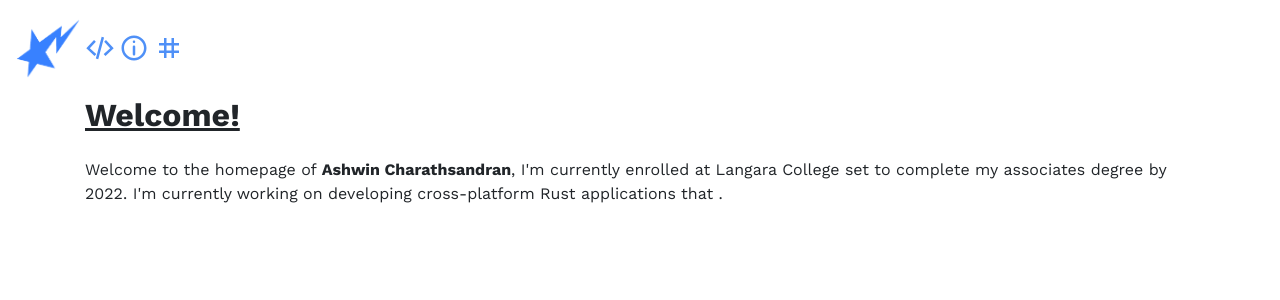
Repository: xxiz/ashwin.lol_flask
Page: http://localhost/
These files come from the project's save history. The page is drawn as it stood at one moment and after the next save; the edit follows.
The browser window is 1280 px wide. The pictures show the whole page.
The page is served by the project's application, run on Flask 3 (app.py).

Above is the page before, as saved 2021-08-31 17:04:10.

### templates/index.html
{% extends 'base.html'%}
{% block content %}
    <h1>Welcome!</h1>
    <p>Welcome to the homepage of <b>Ashwin Charathsandran</b>, I'm currently enrolled at Langara College set to complete my associates degree by 2022. I'm currently working on developing cross-platform Rust applications that . </p>
{% endblock %}

### templates/base.html
<!DOCTYPE html>
<html lang="en">
<head>
    <meta charset="UTF-8">
    <meta http-equiv="X-UA-Compatible" content="IE=edge">
    <meta name="viewport" content="width=device-width, initial-scale=1.0">
    <meta name="viewport" content="width=device-width, initial-scale=1">
    <link rel="stylesheet" href="https://stackpath.bootstrapcdn.com/bootstrap/4.1.3/css/bootstrap.min.css" integrity="sha384-MCw98/SFnGE8fJT3GXwEOngsV7Zt27NXFoaoApmYm81iuXoPkFOJwJ8ERdknLPMO" crossorigin="anonymous">
    <link href='https://css.gg/home-alt.css' rel='stylesheet'>
    <link rel="stylesheet" href="static/app.css">
    <title>{{ title }}</title>
</head>
<body>
  <header>
    <nav>
      <!-- <a href="/"><?xml version="1.0" encoding="UTF-8"?><svg fill="none" viewBox="0 0 24 24" xmlns="http://www.w3.org/2000/svg"><path d="m6 22.879c-1.6568 0-3-1.3432-3-3v-10c0-0.03389 0.00169-0.0674 0.00498-0.10043h-0.00498c0-0.57596 0.2288-1.1283 0.63607-1.5356l6.2426-6.2426c1.1715-1.1716 3.071-1.1716 4.2426 0l6.2426 6.2426c0.4073 0.40726 0.6361 0.95963 0.6361 1.5356h-5e-3c0.0033 0.03303 5e-3 0.06654 5e-3 0.10043v10c0 1.6568-1.3431 3-3 3h-12zm6.7071-19.464 6.2929 6.2929v10.172c0 0.5522-0.4477 1-1 1h-3v-5c0-1.6569-1.3431-3-3-3s-3 1.3431-3 3v5h-3c-0.55228 0-1-0.4478-1-1v-10.172l6.2929-6.293c0.3905-0.39052 1.0237-0.39052 1.4142 0z" clip-rule="evenodd" fill="currentColor" fill-rule="evenodd"/></svg></a> -->
      <a href="/"><img width="64" src="/static/logo.png" alt="A"></a>
      <a href="/projects"><?xml version="1.0" encoding="UTF-8"?><svg viewBox="0 0 24 24" xmlns="http://www.w3.org/2000/svg"><path d="m13.325 3.0501-4.6576 17.382 1.9319 0.5176 4.6575-17.382-1.9318-0.51764z" fill="currentColor"/><path d="m7.612 18.361 1.3594-1.4484-5e-4 -0.0191-5.0943-4.7812 4.7904-5.1041-1.4583-1.3687-6.1591 6.5624 6.5624 6.1591z" fill="currentColor"/><path d="m16.388 18.361-1.3594-1.4484 5e-4 -0.0191 5.0943-4.7812-4.7904-5.1041 1.4583-1.3687 6.1591 6.5624-6.5624 6.1591z" fill="currentColor"/></svg></a>
      <a href=""><?xml version="1.0" encoding="UTF-8"?><svg viewBox="0 0 24 24" xmlns="http://www.w3.org/2000/svg"><path d="m11 10.979c0-0.5523 0.4477-1 1-1s1 0.44773 1 1v6c0 0.5523-0.4477 1-1 1s-1-0.4477-1-1v-6z" fill="currentColor"/><path d="m12 6.0512c-0.5523 0-1 0.44771-1 1 0 0.55228 0.4477 1 1 1s1-0.44772 1-1c0-0.55229-0.4477-1-1-1z" fill="currentColor"/><path d="m12 2c-5.5228 0-10 4.4772-10 10 0 5.5228 4.4772 10 10 10 5.5228 0 10-4.4772 10-10 0-5.5228-4.4772-10-10-10zm-8 10c0 4.4183 3.5817 8 8 8 4.4183 0 8-3.5817 8-8 0-4.4183-3.5817-8-8-8-4.4183 0-8 3.5817-8 8z" clip-rule="evenodd" fill="currentColor" fill-rule="evenodd"/></svg></a>
      <a href=""><?xml version="1.0" encoding="UTF-8"?><svg fill="none" viewBox="0 0 24 24" xmlns="http://www.w3.org/2000/svg"><path d="m8 4v4h-4v2h4v4h-4v2h4v4h2v-4h4v4h2v-4h4v-2h-4v-4h4v-2h-4v-4h-2v4h-4v-4h-2zm6 10v-4h-4v4h4z" clip-rule="evenodd" fill="currentColor" fill-rule="evenodd"/></svg></a>
    </nav>
  </header>
  <main>
    <div class="container">
      {% block content %} {% endblock %}
  </div>
  </main>
    <script src="https://code.jquery.com/jquery-3.3.1.slim.min.js" integrity="sha384-q8i/X+965DzO0rT7abK41JStQIAqVgRVzpbzo5smXKp4YfRvH+8abtTE1Pi6jizo" crossorigin="anonymous"></script>
    <script src="https://cdnjs.cloudflare.com/ajax/libs/popper.js/1.14.3/umd/popper.min.js" integrity="sha384-ZMP7rVo3mIykV+2+9J3UJ46jBk0WLaUAdn689aCwoqbBJiSnjAK/l8WvCWPIPm49" crossorigin="anonymous"></script>
    <script src="https://stackpath.bootstrapcdn.com/bootstrap/4.1.3/js/bootstrap.min.js" integrity="sha384-ChfqqxuZUCnJSK3+MXmPNIyE6ZbWh2IMqE241rYiqJxyMiZ6OW/JmZQ5stwEULTy" crossorigin="anonymous"></script>
</body>
</html>

### app.py
from flask import Flask, request
from web.content import index_page, projects_page
web = Flask(__name__)
web.config['SQLALCHEMY_TRACK_MODIFICATIONS'] = False

@web.route('/')
def index():
    return index_page()

@web.route('/projects')
def projects():
    return projects_page()

### web/content.py
from flask import render_template
import json

# Page Content
prefix = "Ashwin Charathsandran — "

# Meta Tags
preview_message = ""
preview_title = ""
preview_image = ""

with open('web/projects.json', 'r') as file:
    projects = json.load(file)

def index_page():
    return render_template('index.html',
    title = prefix + "Welcome!",
    preview_title = preview_title,
    preview_image = preview_image,
    preview_message = preview_message)

def projects_page():
    return render_template('projects.html',
    title = prefix + "Projects",
    items = projects,
    preview_title = preview_title,
    preview_image = preview_image,
    preview_message = preview_message)

### web/projects.json
[
        {
            "title": "Vernon",
            "description": "Quality-focused reboot composite",
            "image_url": "http://placeimg.com/640/480"
        },
        {
            "title": "Nolan",
            "description": "Multi-layered firmware",
            "image_url": "http://placeimg.com/640/480"
        },
        {
            "title": "Reyes",
            "description": "array national",
            "image_url": "http://placeimg.com/640/480"
        }
]

### static/app.css
@import url('https://fonts.googleapis.com/css2?family=Work+Sans:wght@400;700&display=swap');

:root {
    --blue: #4f90f7;
    --red: #d93434;
}

h1 {
    font-family: 'Work Sans', sans-serif;
    font-weight: 700;
    padding-bottom: 0.5em; padding-top: 0.5em;
    text-decoration: underline;
    font-size: 32px;
}

p {
    font-family: 'Work Sans', sans-serif;
    font-weight: 400;
}

a {
    text-decoration: none;
    color: var(--blue);
}

a:hover {
    animation: hover-effect 1s infinite linear;
}

.card {
    margin-bottom: 1.5em;
}

.description {
    padding-bottom: 0.5em;
    font-size: 18px;
}
nav {
    padding: 1em;
    overflow: hidden;
    position: fixed;
    top: 0;
    width: 100%;
}

nav a svg {
    width: 30px;
}

.navbar-logo {
    margin-right: 50px;
    width: 60px;
}

.nav-item {
    font-weight: 700;
}
main {
    padding-top: 80px;
}


@keyframes hover-effect {
    0% {
        color: var(--blue);
    }
    50% {
        color: var(--red);

    }
    100% {
        color: var(--blue);
    }
}

After the next save:
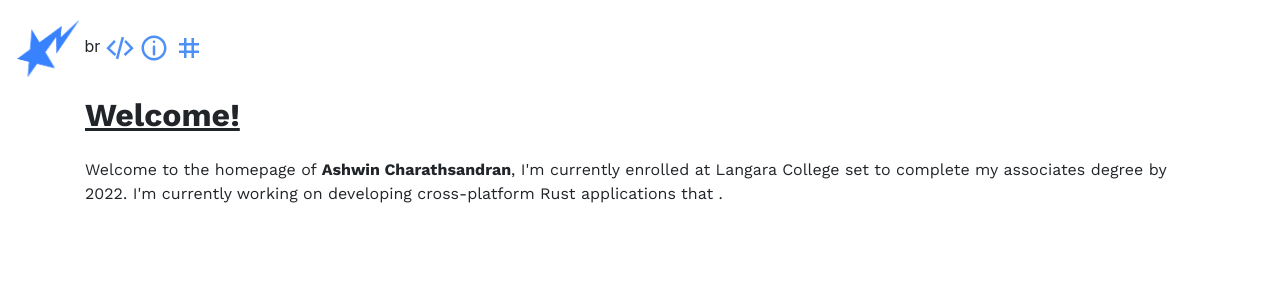
Saved 12 s later.
--- a/templates/base.html
+++ b/templates/base.html
@@ -15,6 +15,8 @@
     <nav>
       <!-- <a href="/"><?xml version="1.0" encoding="UTF-8"?><svg fill="none" viewBox="0 0 24 24" xmlns="http://www.w3.org/2000/svg"><path d="m6 22.879c-1.6568 0-3-1.3432-3-3v-10c0-0.03389 0.00169-0.0674 0.00498-0.10043h-0.00498c0-0.57596 0.2288-1.1283 0.63607-1.5356l6.2426-6.2426c1.1715-1.1716 3.071-1.1716 4.2426 0l6.2426 6.2426c0.4073 0.40726 0.6361 0.95963 0.6361 1.5356h-5e-3c0.0033 0.03303 5e-3 0.06654 5e-3 0.10043v10c0 1.6568-1.3431 3-3 3h-12zm6.7071-19.464 6.2929 6.2929v10.172c0 0.5522-0.4477 1-1 1h-3v-5c0-1.6569-1.3431-3-3-3s-3 1.3431-3 3v5h-3c-0.55228 0-1-0.4478-1-1v-10.172l6.2929-6.293c0.3905-0.39052 1.0237-0.39052 1.4142 0z" clip-rule="evenodd" fill="currentColor" fill-rule="evenodd"/></svg></a> -->
       <a href="/"><img width="64" src="/static/logo.png" alt="A"></a>
+      br
+      <a>
       <a href="/projects"><?xml version="1.0" encoding="UTF-8"?><svg viewBox="0 0 24 24" xmlns="http://www.w3.org/2000/svg"><path d="m13.325 3.0501-4.6576 17.382 1.9319 0.5176 4.6575-17.382-1.9318-0.51764z" fill="currentColor"/><path d="m7.612 18.361 1.3594-1.4484-5e-4 -0.0191-5.0943-4.7812 4.7904-5.1041-1.4583-1.3687-6.1591 6.5624 6.5624 6.1591z" fill="currentColor"/><path d="m16.388 18.361-1.3594-1.4484 5e-4 -0.0191 5.0943-4.7812-4.7904-5.1041 1.4583-1.3687 6.1591 6.5624-6.5624 6.1591z" fill="currentColor"/></svg></a>
       <a href=""><?xml version="1.0" encoding="UTF-8"?><svg viewBox="0 0 24 24" xmlns="http://www.w3.org/2000/svg"><path d="m11 10.979c0-0.5523 0.4477-1 1-1s1 0.44773 1 1v6c0 0.5523-0.4477 1-1 1s-1-0.4477-1-1v-6z" fill="currentColor"/><path d="m12 6.0512c-0.5523 0-1 0.44771-1 1 0 0.55228 0.4477 1 1 1s1-0.44772 1-1c0-0.55229-0.4477-1-1-1z" fill="currentColor"/><path d="m12 2c-5.5228 0-10 4.4772-10 10 0 5.5228 4.4772 10 10 10 5.5228 0 10-4.4772 10-10 0-5.5228-4.4772-10-10-10zm-8 10c0 4.4183 3.5817 8 8 8 4.4183 0 8-3.5817 8-8 0-4.4183-3.5817-8-8-8-4.4183 0-8 3.5817-8 8z" clip-rule="evenodd" fill="currentColor" fill-rule="evenodd"/></svg></a>
       <a href=""><?xml version="1.0" encoding="UTF-8"?><svg fill="none" viewBox="0 0 24 24" xmlns="http://www.w3.org/2000/svg"><path d="m8 4v4h-4v2h4v4h-4v2h4v4h2v-4h4v4h2v-4h4v-2h-4v-4h4v-2h-4v-4h-2v4h-4v-4h-2zm6 10v-4h-4v4h4z" clip-rule="evenodd" fill="currentColor" fill-rule="evenodd"/></svg></a>
